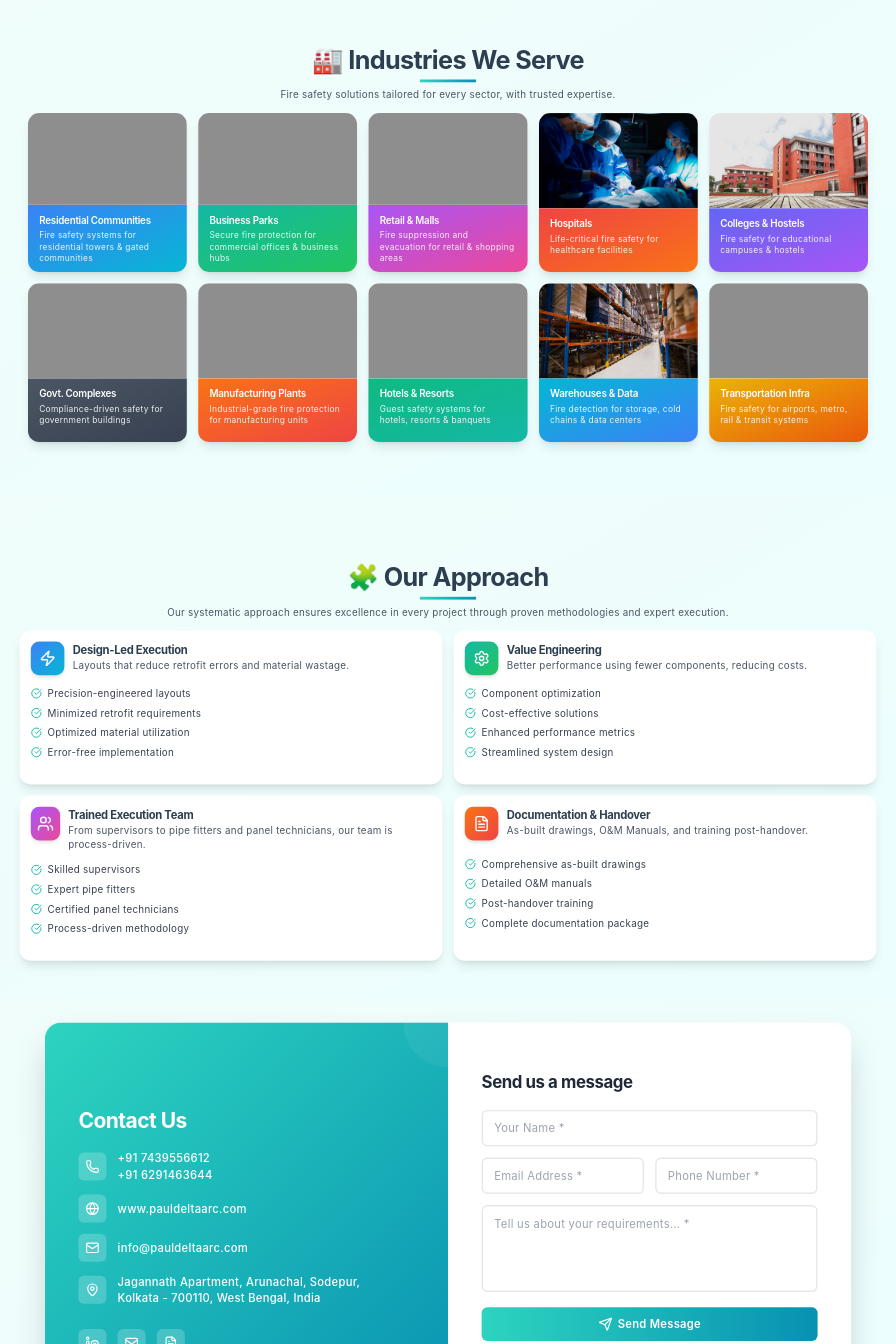
Repository: AnupriyaBiswas/PaulDeltaArc
Page: /
These files come from the project's save history. The page is drawn as it stood at one moment and after the next save; the edit follows.
The browser window is 1280 px wide. The pictures show the part of the page from y = 4331 to 6251 px (the page is 6666 px tall), at 70% of full size.
Pictures or frames that could not be fetched are drawn as grey boxes. The project was rebuilt for these pictures with package versions that can differ from the ones it lists, and the page was loaded fresh each time. The framework's server and built-in components were replaced by stand-ins that run in the browser. Also part of the build but not shown: next.config.js.

Above is the page before, as saved 2025-08-09 14:45:18.

After the next save:
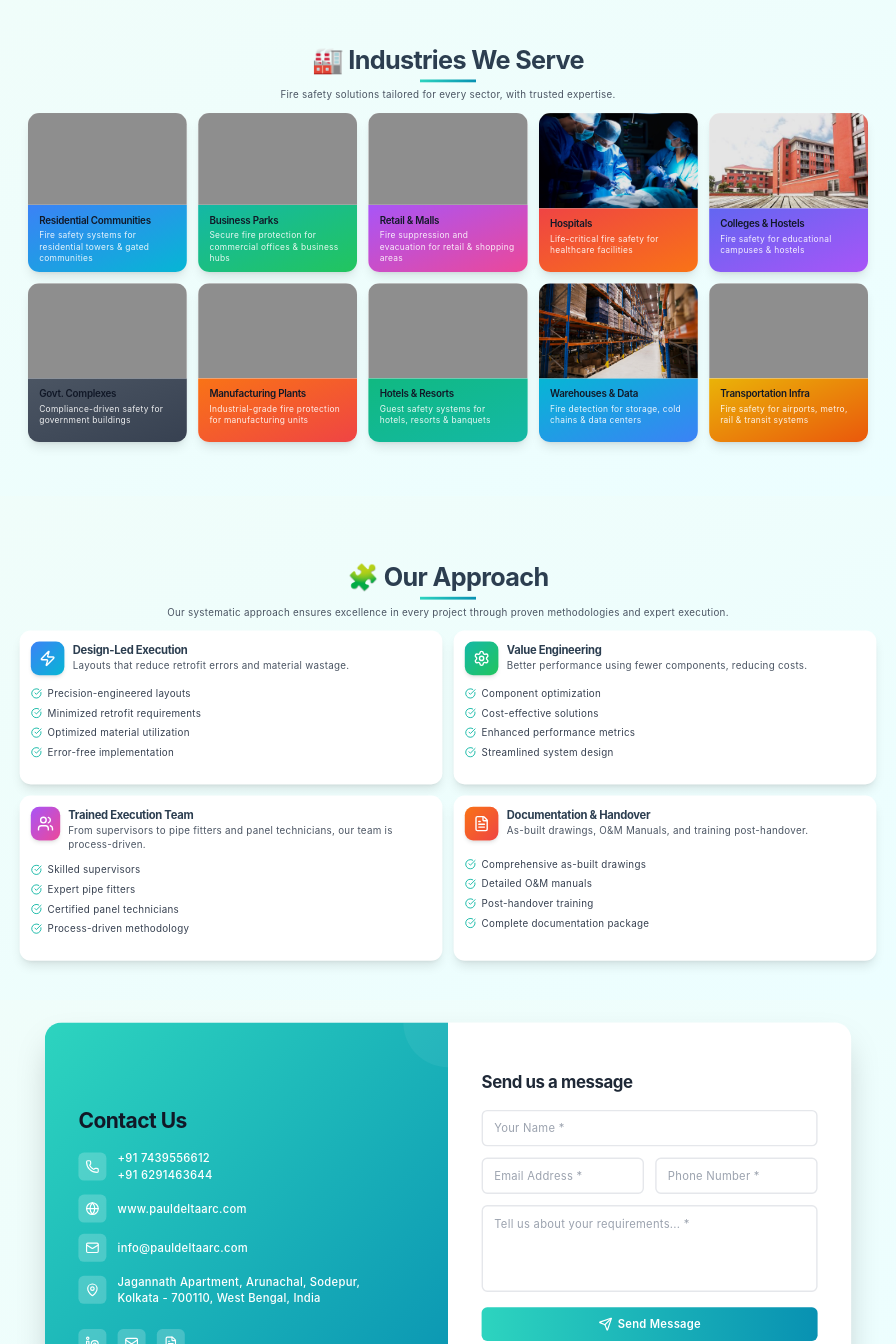
Saved 5 min 53 s later.
--- a/styles/globals.css
+++ b/styles/globals.css
@@ -35,7 +35,8 @@ html {
 
 @layer base {
   body {
-    @apply bg-gradient-to-br from-slate-900 via-slate-800 to-slate-900 text-gray-100 tracking-wide antialiased;
+    /* FIXED: Removed the global dark background that was causing teal haze */
+    @apply bg-white text-gray-900 tracking-wide antialiased;
     overflow-x: hidden;
     max-width: 100vw;
     min-height: 100vh;
@@ -48,7 +49,7 @@ html {
   }
 
   ::-webkit-scrollbar-track {
-    @apply bg-slate-800;
+    @apply bg-gray-100;
   }
 
   ::-webkit-scrollbar-thumb {
@@ -65,9 +66,9 @@ html {
   }
 }
 
-/* Professional Typography */
+/* Professional Typography - Updated for light theme compatibility */
 h1, h2, h3, h4, h5, h6 {
-  @apply font-bold text-white;
+  @apply font-bold text-gray-900;
   font-family: 'Inter', 'Raleway', sans-serif;
   letter-spacing: -0.025em;
 }
@@ -150,6 +151,20 @@ button {
 
   .text-gradient-secondary {
     @apply bg-gradient-to-r from-white via-teal-100 to-white bg-clip-text text-transparent;
+  }
+
+  /* NEW: Dark theme variant for Main component */
+  .dark-theme-content h1,
+  .dark-theme-content h2,
+  .dark-theme-content h3,
+  .dark-theme-content h4,
+  .dark-theme-content h5,
+  .dark-theme-content h6 {
+    @apply text-white;
+  }
+
+  .dark-theme-content p {
+    @apply text-gray-300;
   }
 
   /* Professional Animations */
@@ -200,18 +215,18 @@ button {
     content: '';
   }
 
-  /* Professional Card Styles */
+  /* Professional Card Styles - Updated for light theme */
   .service-card {
-    @apply glass-card hover-lift hover-glow professional-border;
+    @apply bg-white rounded-xl p-6 shadow-xl border border-gray-200 hover:border-teal-500/50 hover-lift hover-glow transition-all duration-300;
   }
 
   .industry-card {
-    @apply bg-slate-800/50 backdrop-blur-sm rounded-xl p-6 border border-slate-700/50 hover:border-teal-500/50 transition-all duration-300;
-  }
-
-  /* Professional Form Styles */
+    @apply bg-white rounded-xl p-6 border border-gray-200 hover:border-teal-500/50 transition-all duration-300 shadow-lg hover:shadow-xl;
+  }
+
+  /* Professional Form Styles - Updated for light theme */
   .professional-input {
-    @apply bg-slate-800/50 backdrop-blur-sm border border-slate-600/50 rounded-lg px-4 py-3 text-white placeholder-gray-400 focus:border-teal-500/50 focus:ring-2 focus:ring-teal-500/20 transition-all duration-300;
+    @apply bg-white border border-gray-300 rounded-lg px-4 py-3 text-gray-900 placeholder-gray-500 focus:border-teal-500 focus:ring-2 focus:ring-teal-500/20 transition-all duration-300;
   }
 
   .professional-textarea {
@@ -232,7 +247,7 @@ button {
   }
 
   .section-subtitle {
-    @apply text-xl text-gray-300 max-w-3xl mx-auto;
+    @apply text-xl text-gray-600 max-w-3xl mx-auto;
   }
 }
 
@@ -302,7 +317,7 @@ button {
   }
 
   .bg-section {
-    @apply bg-slate-800/30 backdrop-blur-sm;
+    @apply bg-gray-50;
   }
 
   /* Professional spacing utilities */
@@ -362,9 +377,8 @@ a {
 }
 
 a:hover {
-  @apply text-teal-400;
-}
-
+  @apply text-teal-600;
+}
 
 /* Advanced Transition Utilities */
 @layer components {
